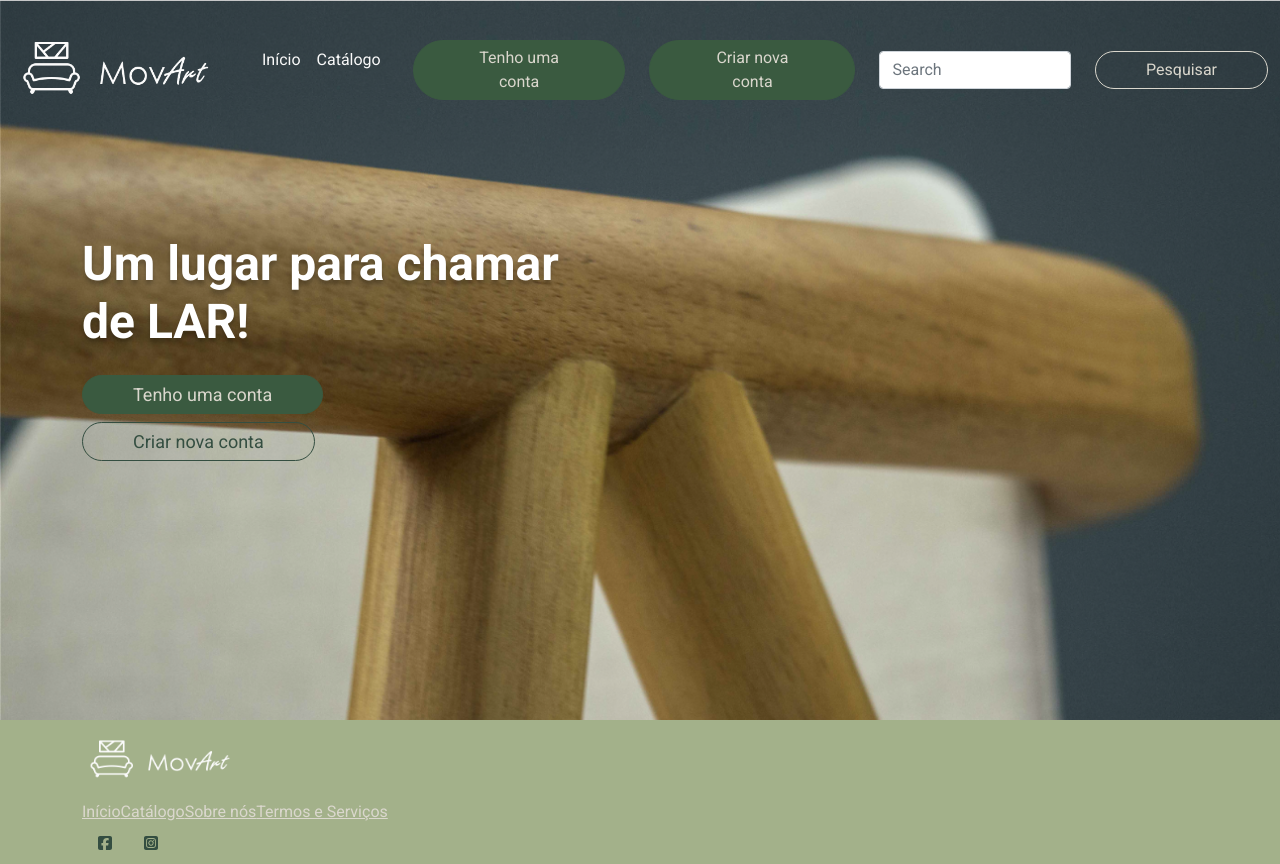
Repository: telesbp/Projeto-4-e-Projeto-5
Page: / (app in front-end/)
The author's editor kept a copy of each file at every save. The page is drawn from the files as they stood at one save, then again after the next save.
The browser window is 1280 px wide. The pictures show the whole page.
The project was rebuilt for these pictures with package versions that can differ from the ones it lists, and the page was loaded fresh each time.

Above is the page before, as saved 2022-07-17 21:52:15.

### front-end/public/index.html
<!DOCTYPE html>
<html lang="pt-BR">
  <head>
    <meta charset="utf-8" />
    <link rel="icon" href="%PUBLIC_URL%/favicon.ico" />
    <meta name="viewport" content="width=device-width, initial-scale=1" />
    <meta name="theme-color" content="#000000" />
    <meta
      name="description"
      content="Seu negócio automatizado!"
    />
    <link rel="apple-touch-icon" href="%PUBLIC_URL%/logo192.png" />
    <!--
      manifest.json provides metadata used when your web app is installed on a
      user's mobile device or desktop. See https://developers.google.com/web/fundamentals/web-app-manifest/
    -->
    <link rel="manifest" href="%PUBLIC_URL%/manifest.json" />
    <!--
      Notice the use of %PUBLIC_URL% in the tags above.
      It will be replaced with the URL of the `public` folder during the build.
      Only files inside the `public` folder can be referenced from the HTML.

      Unlike "/favicon.ico" or "favicon.ico", "%PUBLIC_URL%/favicon.ico" will
      work correctly both with client-side routing and a non-root public URL.
      Learn how to configure a non-root public URL by running `npm run build`.
    -->
    <title>Stagio</title>

    <link rel="preconnect" href="https://fonts.googleapis.com">
    <link rel="preconnect" href="https://fonts.gstatic.com" crossorigin>
    <link href="https://fonts.googleapis.com/css2?family=Roboto:wght@400;700&display=swap" rel="stylesheet">
  </head>
  <body>
    <noscript>You need to enable JavaScript to run this app.</noscript>
    <div id="root"></div>
    <!--
      This HTML file is a template.
      If you open it directly in the browser, you will see an empty page.

      You can add webfonts, meta tags, or analytics to this file.
      The build step will place the bundled scripts into the <body> tag.

      To begin the development, run `npm start` or `yarn start`.
      To create a production bundle, use `npm run build` or `yarn build`.
    -->
  </body>
</html>

### front-end/src/index.tsx
import React from 'react';
import ReactDOM from 'react-dom/client';
import App from './App';
import 'bootstrap/dist/css/bootstrap.min.css';
import { BrowserRouter } from 'react-router-dom';
import 'react-toastify/dist/ReactToastify.css';
import { ToastContainer } from 'react-toastify';
import { GlobalStyle } from './assets/css/global';

const root = ReactDOM.createRoot(
  document.getElementById('root') as HTMLElement
);
root.render(
  <React.StrictMode>
    <BrowserRouter>
    <GlobalStyle/>
      <App />
      <ToastContainer/>
    </BrowserRouter>
  </React.StrictMode>
);

### front-end/src/App.tsx
import { HomeView } from "./views/Home";

function App() {
  return (
    <HomeView/>
  );
}

export default App;

### front-end/src/assets/css/global.ts
import { createGlobalStyle } from "styled-components";

export const GlobalStyle = createGlobalStyle`
    body{
       font-family: 'Roboto', sans-serif;
    }
`

### front-end/src/views/Home/index.tsx
import { Container } from "react-bootstrap";
import styled from "styled-components";
import bgSite from "../../assets/img/cadeira1.png"
import { CustomButton } from "../../components/CustomButton";
import { Layout } from "../../components/Layout";

export function HomeView(){
    return(
        <Layout>
            <Banner className="vh-100">
                <Container className="h-100 d-flex flex-column justify-content-center align-items-center align-items-lg-start">
                    <Title className="text-center text-white text-lg-start mt-auto mt-lg-0 ">Um lugar para chamar de LAR!</Title>
                    <CustomButton size="lg" to="login" variant="primary" className="mt-auto mt-lg-3 mb-2">Tenho uma conta</CustomButton>
                    <CustomButton size="lg" to="cadastro" variant="outline-primary" className="mb-4">Criar nova conta</CustomButton>
                </Container>
            </Banner>
        </Layout>
    )
}

const Banner = styled.div`
    background: url(${bgSite}) no-repeat center center;
    background-size: cover;
`
const Title = styled.h1`
    font-size: 2.25rem;
    font-weight: bold;
    text-shadow: 0 4px 4px rgba(0, 0, 0, 0.25);
    @media (min-width: 992px){
        font-size: 3rem;
        max-width: 500px;
    }
`

### front-end/src/components/CustomButton/index.tsx
import { Button, ButtonProps, Spinner } from "react-bootstrap";
import { LinkContainer } from "react-router-bootstrap";
import styled from "styled-components";

type Props = ButtonProps & {
    loading?: boolean
    to?: string
}

export function CustomButton({children, loading, to, ...otherProps}: Props) {
    const button = (
        <ButtonStyled {...otherProps}>
            {loading && (
                <Spinner animation="border" role="status" size="sm" className="me-2">
                    <span className="visually-hidden">Carregando...</span>
                </Spinner>
            )}
            {children}
        </ButtonStyled>
    )
    if (to){
        return(
            <LinkContainer to={to}>
                {button}
            </LinkContainer>
        )
    }
    return button
}
const ButtonStyled = styled(Button)`
    border-radius: 50px;
    font-weight: 500;
    padding:5px 50px 5px 50px;
    ${props => props.size ==='lg' && `
        font-size: 1.125rem;
    `}
    ${props => (props.variant === "primary" || !props.variant) && `
        background-color: #3A5A40;
        border-color: #3A5A40;
        color: #DAD7CD!important;
        &:hover {
            background-color: #344E41;
            border-color: #344E41;
        }
    `}
    ${props => (props.variant === "outline-primary" || !props.variant) && `
        border-color: #344E41;
        color: #344E41;
        &:hover {
            background-color: #344E41;
            border-color: #344E41;
            color: #DAD7CD;
        }
    `}
    ${props => (props.variant === "outline-secundary" || !props.variant) && `
        border-color: #DAD7CD;
        color: #DAD7CD;
        &:hover {
            background-color: #344E41;
            border-color: #344E41;
            color: #DAD7CD;
        }
    `}
`

### front-end/src/components/Layout/index.tsx
import { Footer } from "./Footer"
import { Header } from "./Header"

type Props = {
    children: React.ReactNode
}
export const Layout: React.FC<Props> = ({children}) => {
    return (
        <>
            <Header/>
            {children}
            <Footer/>
        </>
    )
}

### front-end/src/components/Layout/Footer.tsx
import { faFacebookSquare, faInstagramSquare } from "@fortawesome/free-brands-svg-icons";
import { FontAwesomeIcon } from "@fortawesome/react-fontawesome";
import { Container, Nav } from "react-bootstrap";
import { Link } from "react-router-dom";
import styled from "styled-components";
import LogoBrand from "../../assets/img/logobranca.png"

export function Footer () {
    return(
        <FooterStyled>
            <ContainerStyled className="">
                <img src={LogoBrand} alt="MovArt" width={170} height={80}/>
                <Nav>
                    <NavLinkTitleStyled  as={Link} to="/">Início</NavLinkTitleStyled >
                    <NavLinkTitleStyled  as={Link} to="/">Catálogo</NavLinkTitleStyled >
                    <NavLinkTitleStyled  as={Link} to="/">Sobre nós</NavLinkTitleStyled >
                    <NavLinkTitleStyled  as={Link} to="/">Termos e Serviços</NavLinkTitleStyled >
                </Nav>
                <Nav>
                    <Nav.Link href="http://facebook.com" target="_blank">
                        <FontAwesomeIconStyle icon={faFacebookSquare} />
                    </Nav.Link>
                    <Nav.Link href="http://instagram.com" target="_blank">
                        <FontAwesomeIconStyle icon={faInstagramSquare} />
                    </Nav.Link>
                </Nav>
            </ContainerStyled>
        </FooterStyled>
    )
}

const FooterStyled = styled.footer`
    background: #A3B18A;
`
const NavLinkTitleStyled = styled(Nav.Link)`
    color:#DAD7CD;
`
const ContainerStyled = styled(Container)`
    display: flex;
    flex-direction: column;
`
const FontAwesomeIconStyle = styled(FontAwesomeIcon)`
    color: #344E41;
`

### front-end/src/components/Layout/Header.tsx
import { faBarsStaggered } from "@fortawesome/free-solid-svg-icons";
import { FontAwesomeIcon } from "@fortawesome/react-fontawesome";
import { useEffect, useState } from "react";
import { Container, Form, Nav, Navbar } from "react-bootstrap";
import { Link } from "react-router-dom";
import styled from "styled-components";
import LogoBrand from "../../assets/img/logobranca.png"
import LogoBrandBlack from "../../assets/img/logopreta.png"
import { CustomButton } from "../CustomButton";

export function Header() {
    const [isTransparent, setIsTransparent] = useState(true)
    useEffect(() => {
        const scrollChange = () => {
            const isLowScroll = window.scrollY < 60
            if (isLowScroll !== isTransparent){
            setIsTransparent(isLowScroll)
        }
        }
        window.addEventListener("scroll", scrollChange)
        return () => {
            window.removeEventListener("scroll", scrollChange)
        }
    },[isTransparent])
    return(
        <Navbar fixed="top" expand="lg" bg={isTransparent ? undefined : "white"} >
        <Container fluid>
          <Navbar.Brand to="/" as={Link}>
            <ImageStyle src={isTransparent ? LogoBrand : LogoBrandBlack} alt="MovArt" width={170} height={80}/>
          </Navbar.Brand>
          <NavBarToggleStyled aria-controls="basic-navbar-nav">
            <FontAwesomeIcon icon={faBarsStaggered}  className={isTransparent ? "text-white" : "text-dark"} size="lg" />
            </NavBarToggleStyled>
        <NavBarCollapseStyled id="basic-navbar-nav">
          <Nav className="ms-auto">
            <NavLinkStyled forwardedAs={Link} to="/" className="justify-contend-center text-center">Início</NavLinkStyled>
            <NavLinkStyled forwardedAs={Link} to="/catálogo" className="justify-contend-center text-center">Catálogo</NavLinkStyled>
            <CustomButton className="mt-2 mt-lg-0 ms-lg-4" variant="primary">Tenho uma conta</CustomButton>
            <CustomButton className="mt-2 mt-lg-0 ms-lg-4" variant="primary">Criar nova conta</CustomButton>
        </Nav>
            <Form className="d-flex">
              <Form.Control
                type="search"
                placeholder="Search"
                className="mt-2 mt-lg-0 ms-lg-4"
                aria-label="Search"
              />
              <CustomButton variant={isTransparent ? "outline-secundary" : "outline-primary" } className="mt-2 mt-lg-0 ms-lg-4">Pesquisar</CustomButton>
            </Form>
          </NavBarCollapseStyled>
        </Container>
      </Navbar>
    )
}
const NavBarToggleStyled = styled(Navbar.Toggle)`
    border:none;
`

const NavBarCollapseStyled = styled(Navbar.Collapse)`
   @media (max-width: 991px) {
   background-color:#fafafa ;
    margin: 0 -12px;
    padding: 1rem 2rem;
}
`
const NavLinkStyled = styled(Nav.Link)`
    @media (min-width: 992px){
        color: #fafafa!important;
    }

`
const ImageStyle = styled.img`
    @media (min-width: 992px){
       width: 226px;
       height: auto;
    }
`

After the next save:
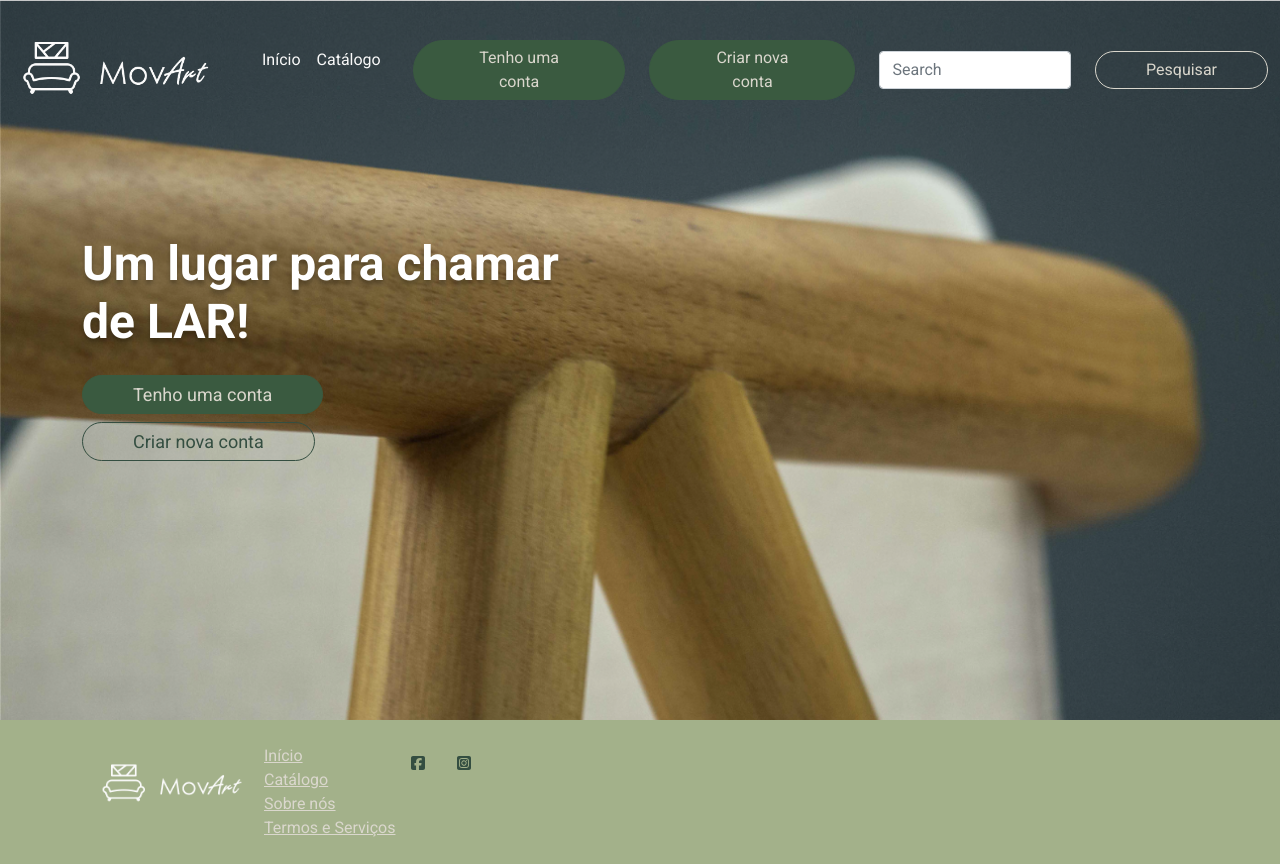
Saved 29 s later.
--- a/front-end/src/components/Layout/Footer.tsx
+++ b/front-end/src/components/Layout/Footer.tsx
@@ -8,14 +8,14 @@ import LogoBrand from "../../assets/img/logobranca.png"
 export function Footer () {
     return(
         <FooterStyled>
-            <ContainerStyled className="">
+            <Container className="d-flex p-4 justify-content-ee">
                 <img src={LogoBrand} alt="MovArt" width={170} height={80}/>
-                <Nav>
+                <NavStyled>
                     <NavLinkTitleStyled  as={Link} to="/">Início</NavLinkTitleStyled >
                     <NavLinkTitleStyled  as={Link} to="/">Catálogo</NavLinkTitleStyled >
                     <NavLinkTitleStyled  as={Link} to="/">Sobre nós</NavLinkTitleStyled >
                     <NavLinkTitleStyled  as={Link} to="/">Termos e Serviços</NavLinkTitleStyled >
-                </Nav>
+                </NavStyled>
                 <Nav>
                     <Nav.Link href="http://facebook.com" target="_blank">
                         <FontAwesomeIconStyle icon={faFacebookSquare} />
@@ -24,7 +24,7 @@ export function Footer () {
                         <FontAwesomeIconStyle icon={faInstagramSquare} />
                     </Nav.Link>
                 </Nav>
-            </ContainerStyled>
+            </Container>
         </FooterStyled>
     )
 }
@@ -35,7 +35,7 @@ const FooterStyled = styled.footer`
 const NavLinkTitleStyled = styled(Nav.Link)`
     color:#DAD7CD;
 `
-const ContainerStyled = styled(Container)`
+const NavStyled = styled(Nav)`
     display: flex;
     flex-direction: column;
 `
